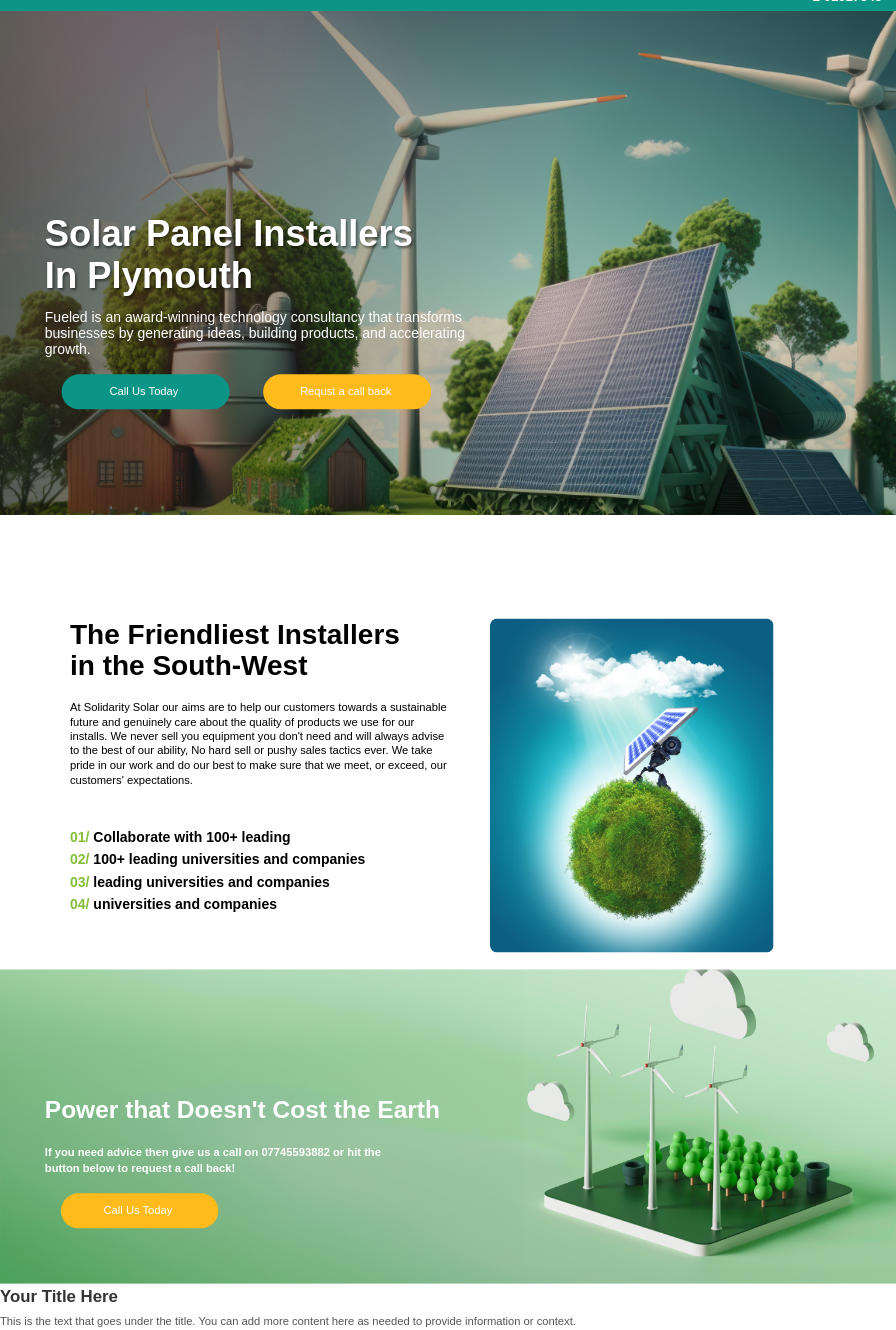
Repository: MaramNabil872/Landing-Page
Page: landingPage.html
These files come from the project's save history. The page is drawn as it stood at one moment and after the next save; the edit follows.
The browser window is 1280 px wide. The pictures show the part of the page from y = 44 to 1944 px (the page is 2365 px tall before and 2415 px after), at 70% of full size.
A picture or video elsewhere on the page could not be fetched, so the positions and the page height are approximate.

Above is the page before, as saved 2024-10-20 21:49:12.

### landingPage.html
<!DOCTYPE html>
<html lang="en">
    <head>
        <meta charset="UTF-8" />
        <meta name="viewport" content="width=device-width, initial-scale=1.0" />
        <title>Landing Page</title>
        <link rel="stylesheet" href="landingPage.css" />
    </head>
    <body>
        <nav class="navbar">
            <div class="logo">MyLogo</div>

            <ul class="nav-links">
                <li><a href="#home">Home</a></li>
                <li><a href="#about">About</a></li>
                <li><a href="#services">Services</a></li>
                <li><a href="#contact">Contact</a></li>
            </ul>
            <div class="call">
                <p>call us</p>
                <h3>+2 01017345</h3>
            </div>
        </nav>

        <div class="image-container">
            <img
                src="images/solar-panels-meadow 1.png"
                alt="Background Image"
                class="background-image"
            />
            <div class="main-text">
                <h2 class="text-wallpaper">
                    Solar Panel Installers <br />
                    In Plymouth
                </h2>
                <br />
                <p class="text-paragraph">
                    Fueled is an award-winning technology consultancy that
                    transforms <br />
                    businesses by generating ideas, building products, and
                    accelerating<br />
                    growth.
                </p>
                <div class="button-container">
                    <button class="button-wallpaper1">Call Us Today</button>
                    <button class="button-wallpaper2">
                        Requst a call back
                    </button>
                </div>
            </div>
        </div>

        <!-- first container -->

        <div class="container1">
            <div class="text-container1">
                <p class="title-container1">
                    The Friendliest Installers <br />in the South-West
                </p>
                <p class="paragraph-container1">
                    At Solidarity Solar our aims are to help our customers
                    towards a sustainable future and genuinely care about the
                    quality of products we use for our installs. We never sell
                    you equipment you don't need and will always advise to the
                    best of our ability, No hard sell or pushy sales tactics
                    ever. We take pride in our work and do our best to make sure
                    that we meet, or exceed, our customers' expectations.
                </p>
                <div class="last-container1">
                    <p>
                        <span class="number-container1">01/ </span>Collaborate
                        with 100+ leading
                    </p>
                    <p>
                        <span class="number-container1">02/ </span> 100+ leading
                        universities and companies
                    </p>
                    <p>
                        <span class="number-container1">03/ </span> leading
                        universities and companies
                    </p>
                    <p>
                        <span class="number-container1">04/ </span> universities
                        and companies
                    </p>
                </div>
            </div>
            <div class="image-container1">
                <img src="images/Rectangle 30.png" alt="solar" />
            </div>
        </div>

        <!-- second section -->

        <div class="section2">
            <img src="images/middle.png" alt="img" />
            <div class="main-text">
                <h2 class="section2-text">Power that Doesn't Cost the Earth</h2>
                <h6 class="section2-paragraph">
                    If you need advice then give us a call on 07745593882 or hit
                    the <br />
                    button below to request a call back!
                </h6>
                <button class="button-wallpaper2">Call Us Today</button>
            </div>
        </div>


        <!-- third section -->

        <div class="white-container">
            <h2 class="title">Your Title Here</h2>
            <p class="text">This is the text that goes under the title. You can add more content here as needed to provide information or context.</p>

            <div class="card-container">
                <div class="card">
                    <img src="your-image1.jpg" alt="Image 1" class="card-image">
                    <h3 class="card-title">Card Title 1</h3>
                    <p class="card-text">This is a description for card 1.</p>
                    <a href="#" class="card-link">Learn More</a>
                </div>
                <div class="card">
                    <img src="your-image2.jpg" alt="Image 2" class="card-image">
                    <h3 class="card-title">Card Title 2</h3>
                    <p class="card-text">This is a description for card 2.</p>
                    <a href="#" class="card-link">Learn More</a>
                </div>
                <div class="card">
                    <img src="your-image3.jpg" alt="Image 3" class="card-image">
                    <h3 class="card-title">Card Title 3</h3>
                    <p class="card-text">This is a description for card 3.</p>
                    <a href="#" class="card-link">Learn More</a>
                </div>
            </div>
        </div>
    </body>
</html>

### landingPage.css
* {
    margin: 0;
    padding: 0;
    box-sizing: border-box; /* Added for consistent sizing */
}

body {
    font-family: Arial, sans-serif;
}
@media (max-width: 480px) {
    .text-overlay {
        font-size: 1.2rem; /* Even smaller text size for very small screens */
    }

    .call h3 {
        font-size: 1.2rem; /* Adjust call size for small screens */
    }
}
@media (max-width: 768px) {
    .navbar {
        flex-direction: column; /* Stack items vertically */
        align-items: flex-start; /* Align items to the left */
    }

    .nav-links {
        margin-top: 10px; /* Space between navbar and links */
    }

    .nav-links li {
        margin-left: 0;
        margin-bottom: 10px; /* Space between links */
    }

    .text-overlay {
        font-size: 1.5rem; /* Smaller text size for mobile */
    }
}


.navbar {
    background-color: #0b9586;
    display: flex;
    justify-content: space-between;
    align-items: center;
    padding: 10px 20px;
    position: relative;
    flex-wrap: wrap; /* Allow items to wrap on smaller screens */
}

.logo {
    color: #fff;
    font-size: 24px;
}

.nav-links {
    list-style: none;
    display: flex;
    flex-wrap: wrap; /* Allow links to wrap on smaller screens */
}

.nav-links li {
    margin-left: 20px;
}

.nav-links a {
    text-decoration: none;
    color: white;
    font-size: 18px;
    transition: color 0.3s;
}

.nav-links a:hover {
    color: #f0a500;
}

.call {
    color: #fff;
    text-align: right; /* Align text to the right */
}

.image-container {
    position: relative;
    width: 100%;
    height: 100vh;
    overflow: hidden;
}

.background-image {
    width: 100%;
    height: 100%;
    object-fit: cover;
}
.main-text{
    position: absolute;
    top: 40%;
    left:5%;
}
.text-wallpaper {


    color: white;
    font-size: 52px;
    font-weight: bold;
    text-shadow: 2px 2px 4px rgba(0, 0, 0, 0.5);
}
.text-paragraph{
    color: white;
    font-size:  20px;

}
.button-container{
    display: flex;
}
.button-wallpaper1 {
    background-color: #0b9586;
    color: white;
    border: none;
    border-radius: 20em;
    padding: 0.8em 1.5em 0.8em 1.2em;
    width: 40%;
    margin: 4%;
    height: 50px;
    font-size: 16px;
    cursor: pointer;
    align-items: center;

}
.button-wallpaper2 {
    background-color:  #FFBB1C;
    ;
    color: white;
    border: none;
    border-radius: 20em;
    padding: 0.8em 1.5em 0.8em 1.2em;
    width: 40%;
    margin: 4%;
    height: 50px;
    font-size: 16px;
    cursor: pointer;
    align-items: center;

}

.container1 {
    display: flex;
    background-color: white;
    padding-top: 10%;
    border-radius: 8px;
    max-width: 1200px;
    margin: 20px auto;


}
.title-container1{
    font-size: 40px;
    font-weight: bold;


}
.text-container1 {
   flex:1;
    padding-right:5%;
padding-left: 5%;}
.paragraph-container1{
    margin-top: 5%;
    line-height: 1.3;
}

.last-container1{
    font-size: 20px;
    font-weight: bold;
    padding-top: 10%;
    line-height: 1.6;
    .number-container1{
        color:#84BD3A;
        ;
    }
}
.image-container1 {
   flex:1
}

.image-container1 img {
    width: 75%;
    height: auto;
    border-radius: 8px;
}


.section2 {
    position: relative;
    width: 100%;
    overflow: hidden;
}

.section2 img {
    width: 100%;
    height: auto; }

.section2-text {
font-size: 35px;
    color: white;

}
.section2-paragraph{
    padding-top: 5%;
    line-height: 1.5;

    font-size: 16px;
    color: white;
}

third section
.white-container {
    background-color: white; /* White background for the container */
    padding: 20px; /* Padding inside the container */
    border-radius: 8px; /* Rounded corners */
    box-shadow: 0 2px 8px rgba(0, 0, 0, 0.1); /* Subtle shadow for depth */
    max-width: 1200px; /* Maximum width of the container */
    margin: 20px auto; /* Center the container */
}

.title {
    margin: 0 0 10px; /* No margin above, 10px below the title */
    font-size: 24px; /* Font size for the title */
    color: #333; /* Color of the title text */
}

.text {
    margin: 0 0 20px; /* Margin below the text */
    font-size: 16px; /* Font size for the paragraph */
    color: #555; /* Color of the paragraph text */
    line-height: 1.5; /* Line height for better readability */
}

.card-container {
    display: flex; /* Use Flexbox to align cards in a row */
    justify-content: space-between; /* Space between cards */
    margin-top: 20px; /* Space above the card container */
}

.card {
    background-color: #f9f9f9; /* Light background for each card */
    border-radius: 8px; /* Rounded corners for cards */
    box-shadow: 0 1px 4px rgba(0, 0, 0, 0.1); /* Subtle shadow for cards */
    padding: 15px; /* Padding inside the cards */
    text-align: center; /* Center the text in the cards */
    flex: 1; /* Allow cards to grow equally */
    margin: 0 10px; /* Margin between cards */
}

.card-image {
    width: 100%; /* Make the image take full width of the card */
    height: auto; /* Maintain aspect ratio */
    border-radius: 4px; /* Rounded corners for the image */
}

.card-title {
    font-size: 18px; /* Font size for card titles */
    color: #333; /* Color of card title text */
    margin: 10px 0; /* Margin above and below card title */
}

.card-text {
    font-size: 14px; /* Font size for card text */
    color: #555; /* Color of card text */
    margin: 10px 0; /* Margin above and below card text */
}

.card-link {
    text-decoration: none; /* Remove underline from link */
    color: #007bff; /* Link color */
    font-weight: bold; /* Bold link text */
}

.card-link:hover {
    text-decoration: underline; /* Underline link on hover */
}

After the next save:
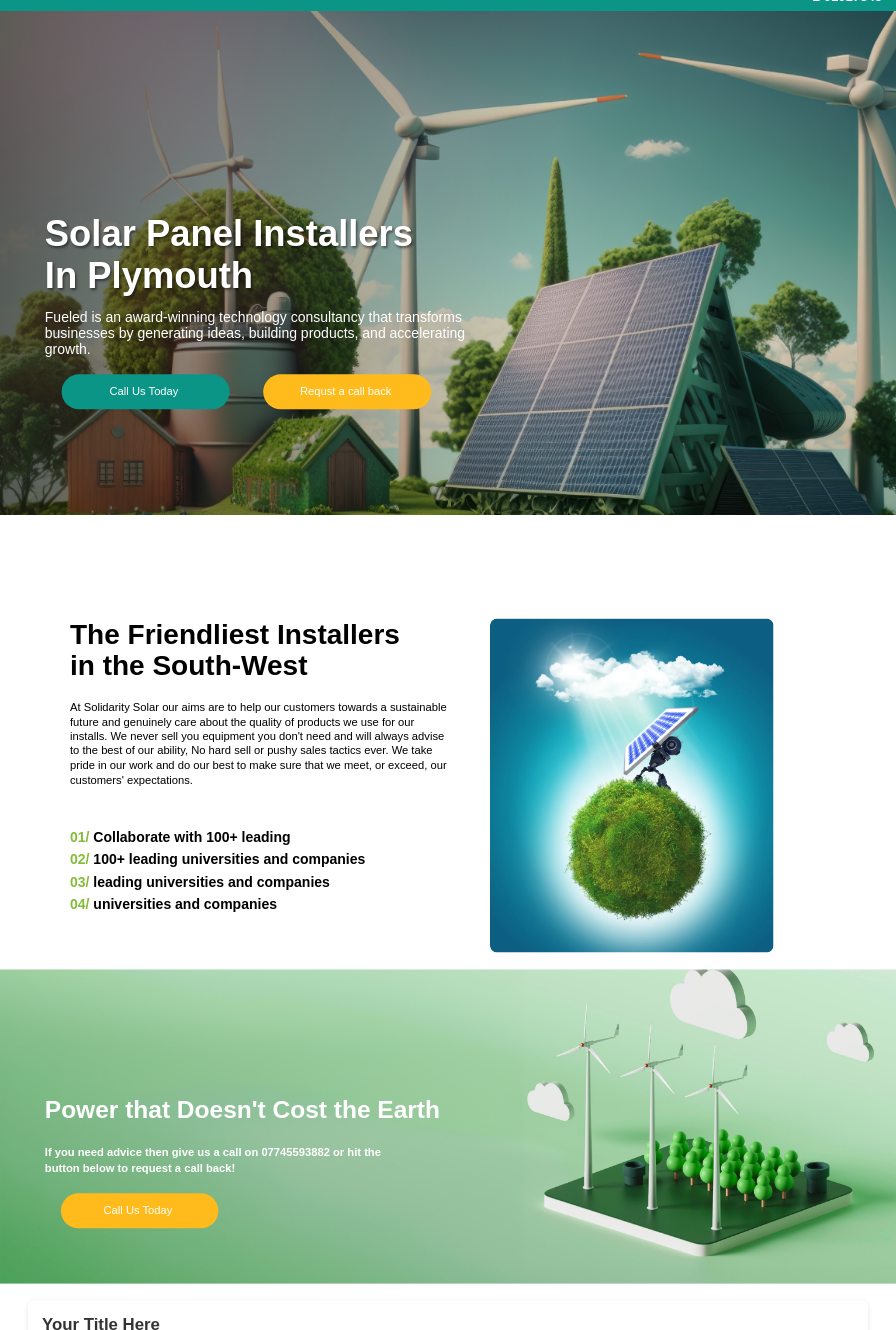
Saved 12 s later.
--- a/landingPage.css
+++ b/landingPage.css
@@ -210,7 +210,7 @@ font-size: 35px;
     color: white;
 }
 
-third section
+/* third section */
 .white-container {
     background-color: white; /* White background for the container */
     padding: 20px; /* Padding inside the container */
